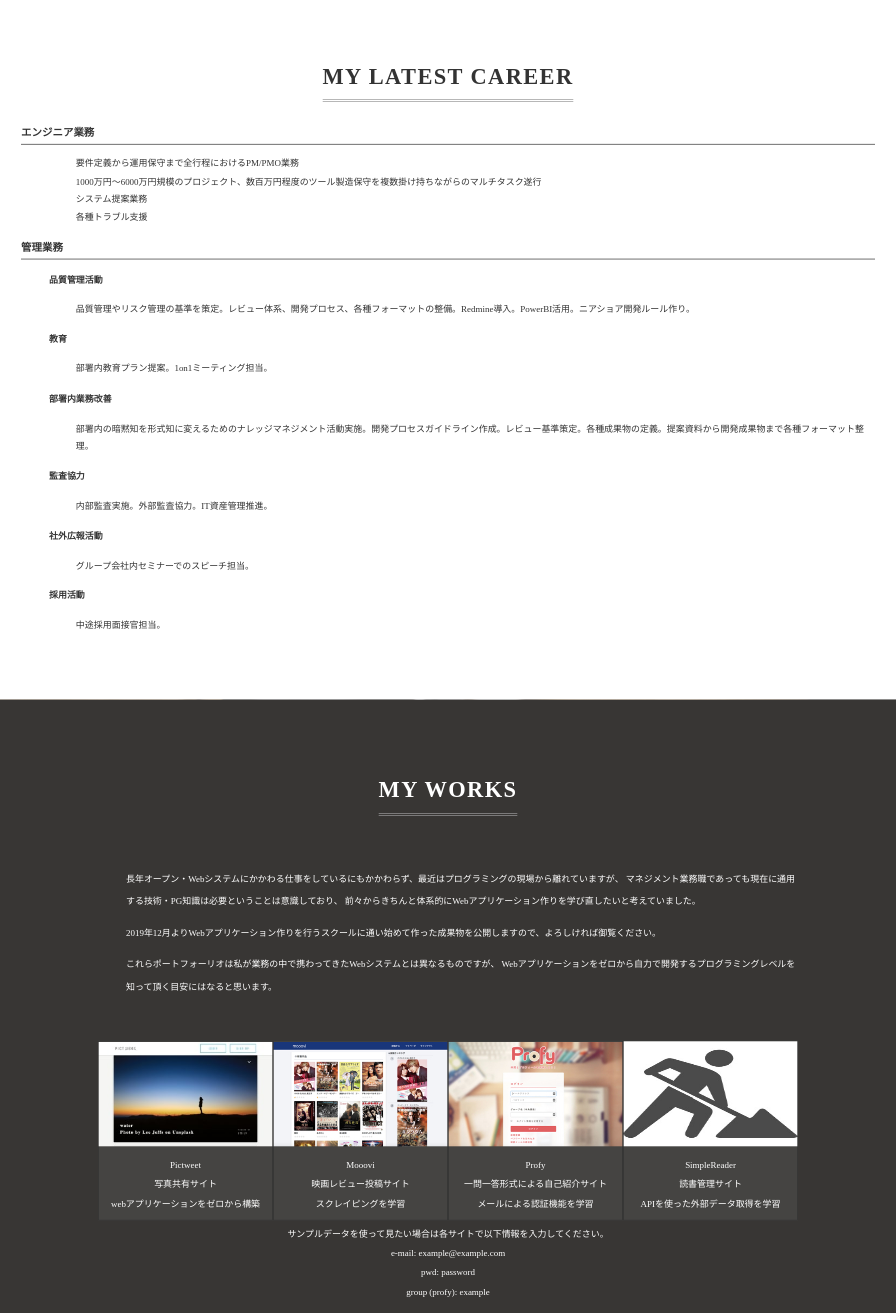
Repository: dackelteckel/myworks
Page: index.html
The author's editor kept a record of every edit. The page is drawn from the files as they stood at one moment, then again after the next edit.
The browser window is 1280 px wide. The pictures show the part of the page from y = 1402 to 3322 px (the page is 3277 px tall before and 3322 px after), at 70% of full size.
Backgrounds fixed to the window are drawn as part of the page.

Above is the page before.

After the next edit:
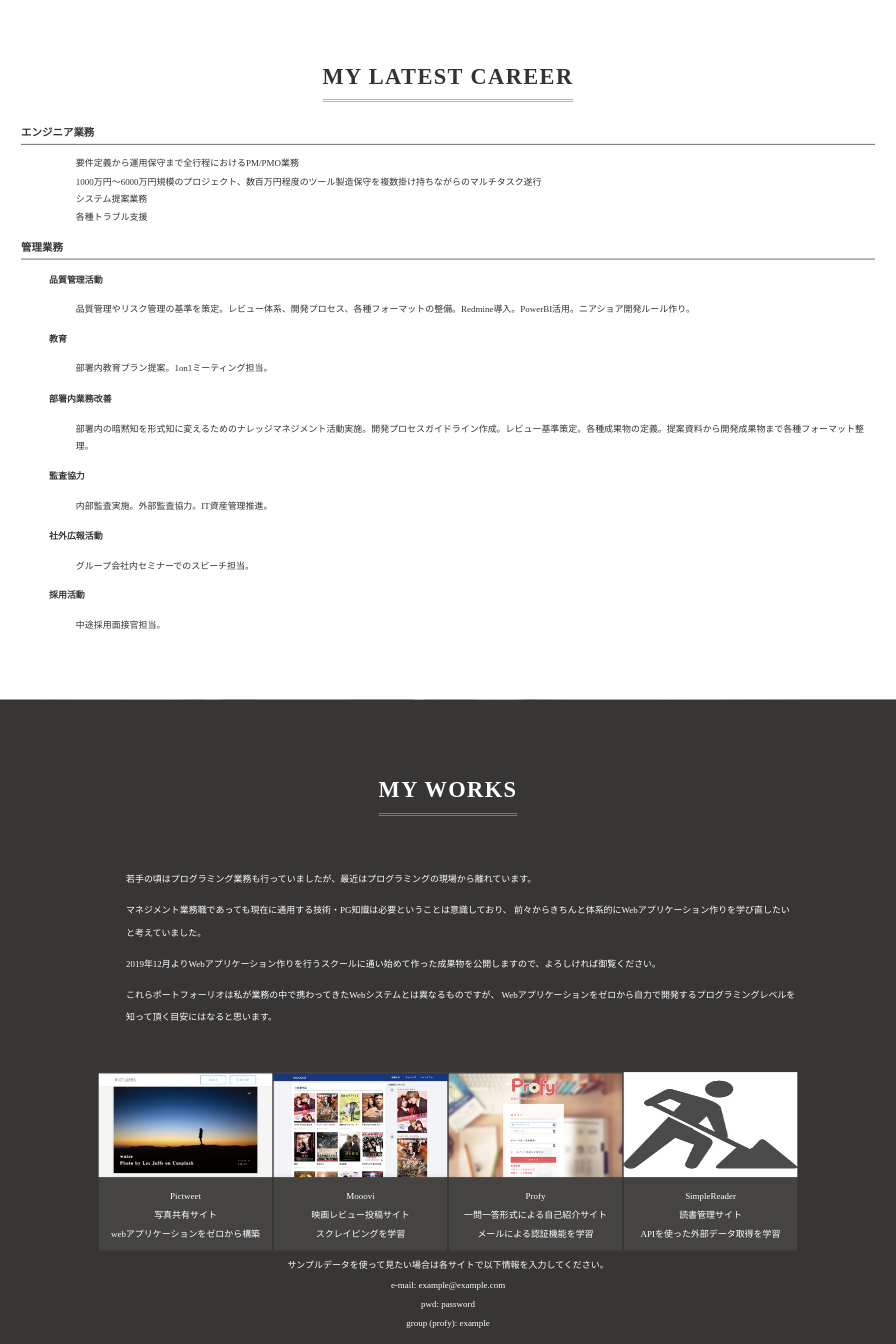
The edit:
--- a/index.html
+++ b/index.html
@@ -134,7 +134,11 @@
     <div class="works-text">
     <ul>
       <li>
-        長年オープン・Webシステムにかかわる仕事をしているにもかかわらず、最近はプログラミングの現場から離れていますが、
+        若手の頃はプログラミング業務も行っていましたが、最近はプログラミングの現場から離れています。
+      </li>
+    </ul>
+    <ul>
+      <li>
         マネジメント業務職であっても現在に通用する技術・PG知識は必要ということは意識しており、
         前々からきちんと体系的にWebアプリケーション作りを学び直したいと考えていました。
       </li>
